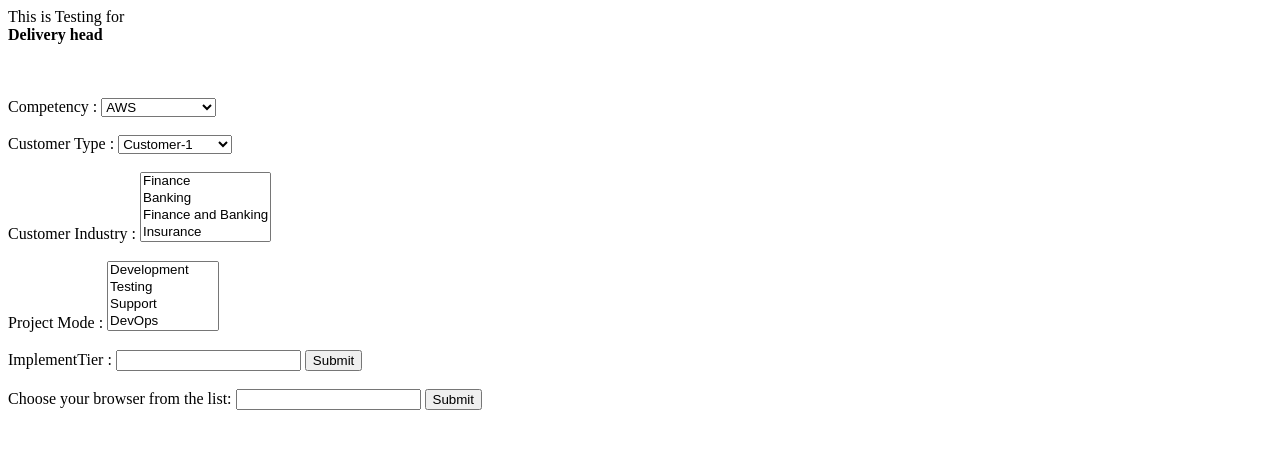
Repository: Perwaiz21/STS
Page: http://localhost/AWS_Web/
An editor plug-in stored every save of this project. The page is shown before and after the next save, followed by the edit.
The browser window is 1280 px wide. The pictures show the whole page.
The page is served by Tomcat 9.

Above is the page before, as saved 2021-02-18 10:08:13.

After the next save:
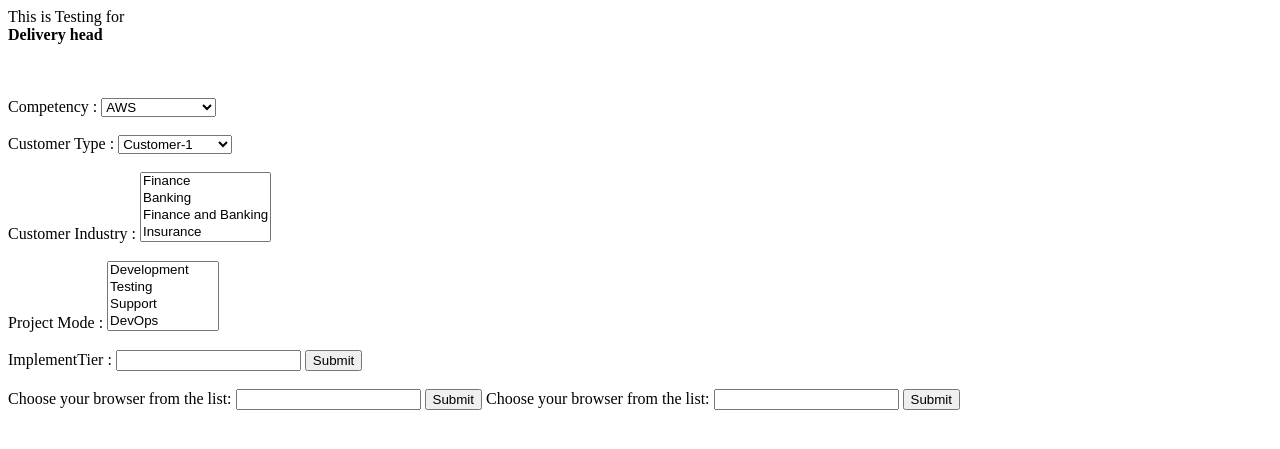
Saved 23 s later.
--- a/AWS_Web/WebContent/index.jsp
+++ b/AWS_Web/WebContent/index.jsp
@@ -75,6 +75,17 @@
 			<option value="Safari">
 		</datalist>
 		<input type="submit">
+
+		<label for="browser">Choose your browser from the list:</label> <input
+			list="browsers" name="browser" id="browser">
+		<datalist id="browsers">
+			<option value="Edge">
+			<option value="Firefox">
+			<option value="Chrome">
+			<option value="Opera">
+			<option value="Safari">
+		</datalist>
+		<input type="submit">
 	</form>
 
 
